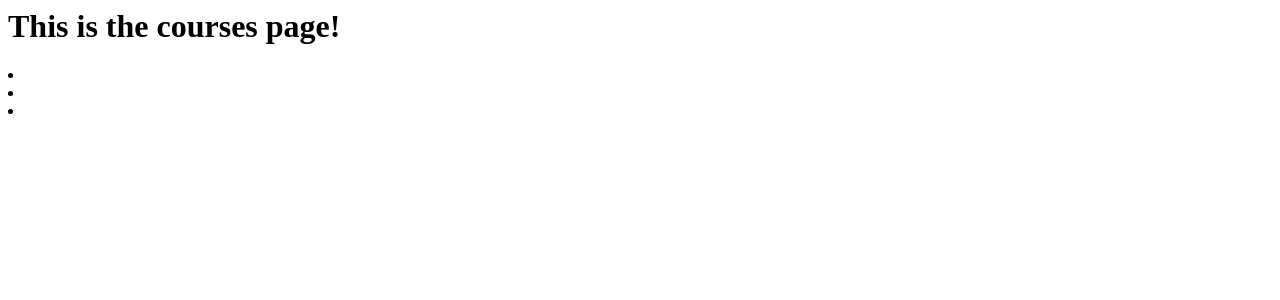
Repository: codewangg/CourseReview
Page: http://localhost/courses
The author's editor kept a copy of each file at every save. The page is drawn from the files as they stood at one save, then again after the next save.
The browser window is 1280 px wide. The pictures show the whole page.
The page is served by the project's Node server (app.js).

Above is the page before, as saved 2020-08-15 15:42:32.

After the next save:
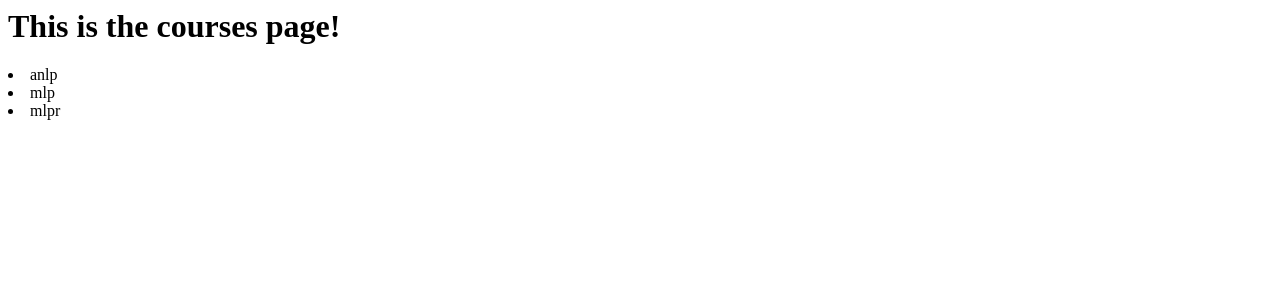
Saved 32 s later.
--- a/views/courses.ejs
+++ b/views/courses.ejs
@@ -2,6 +2,6 @@
 
 <% courses.forEach(function(course){ %>
     <li>
-        <% course.name %>
+        <%= course.name %>
     </li>
 <%});%>
